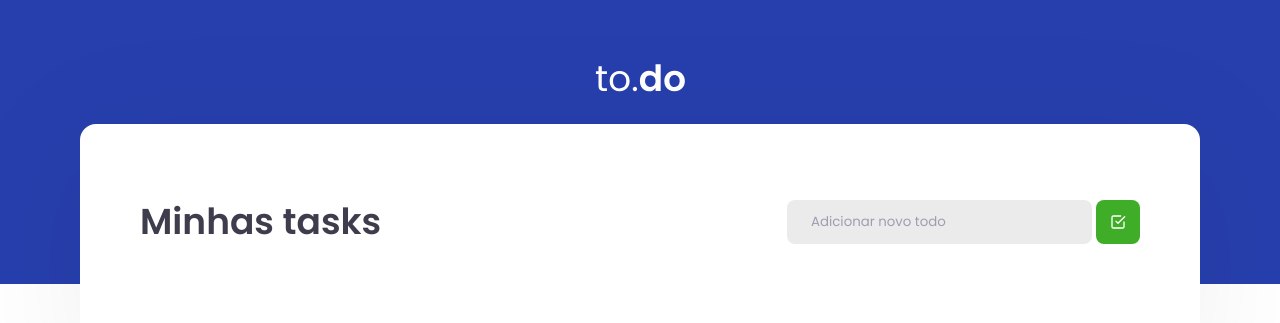
Repository: viniciusfg05/Desafio-01
Page: /
An editor plug-in stored every save of this project. The page is shown before and after the next save, followed by the edit.
The browser window is 1280 px wide. The pictures show the whole page.
The project was rebuilt for these pictures with package versions that can differ from the ones it lists, and the page was loaded fresh each time. Also part of the build but not shown: webpack.config.js.

Above is the page before, as saved 2022-04-04 09:05:07.

### src/components/TaskList.tsx
import { useState } from 'react'

import '../styles/tasklist.scss'

import { FiTrash, FiCheckSquare } from 'react-icons/fi'

interface Task {
  id: number;
  title: string;
  isComplete: boolean;
}

export function TaskList() {
  const [tasks, setTasks] = useState<Task[]>([]);
  const [newTaskTitle, setNewTaskTitle] = useState('');

  function handleCreateNewTask() {
    // Crie uma nova task com um id random, não permita criar caso o título seja vazio.
  }

  function handleToggleTaskCompletion(id: number) {
    // Altere entre `true` ou `false` o campo `isComplete` de uma task com dado ID
  }

  function handleRemoveTask(id: number) {
    // Remova uma task da listagem pelo ID
  }

  return (
    <section className="task-list container">
      <header>
        <h2>Minhas tasks</h2>

        <div className="input-group">
          <input
            type="text"
            placeholder="Adicionar novo todo"
            onChange={(e) => setNewTaskTitle(e.target.value)}
            value={newTaskTitle}
          />
          <button type="submit" data-testid="add-task-button" onClick={handleCreateNewTask}>
            <FiCheckSquare size={16} color="#fff"/>
          </button>
        </div>
      </header>

      <main>
        <ul>
          {tasks.map(task => (
            <li key={task.id}>
              <div className={task.isComplete ? 'completed' : ''} data-testid="task" >
                <label className="checkbox-container">
                  <input
                    type="checkbox"
                    readOnly
                    checked={task.isComplete}
                    onClick={() => handleToggleTaskCompletion(task.id)}
                  />
                  <span className="checkmark"></span>
                </label>
                <p>{task.title}</p>
              </div>

              <button type="button" data-testid="remove-task-button" onClick={() => handleRemoveTask(task.id)}>
                <FiTrash size={16}/>
              </button>
            </li>
          ))}

        </ul>
      </main>
    </section>
  )
}

### src/styles/tasklist.scss
section.task-list {
  background: var(--shapes);
  border-radius: 1rem;

  margin-top: -10rem;
  padding: 70px 60px;

  filter: drop-shadow(0px 24px 64px rgba(0, 0, 0, 0.06));

  header {
    display: flex;
    flex-direction: row;
    align-items: center;
    justify-content: space-between;

    h2 {
      color: var(--text-title);
      font-size: 2.25rem;
    }

    .input-group {
      display: flex;
      gap: 0.25rem;
      align-items: center;

      background: #fff;
      font-size: 16px;

      input {
        flex: 1;
        background: var(--background);
        border: 0;
        color: var(--text);
        padding: 12px 24px;

        border-radius: 8px;
        border: 0;

        &::placeholder {
          color: var(--text-light)
        }
      }

      button {
        font-weight: 600;
        border-radius: 8px;
        border: 0;
        background: var(--green);
        color: #fff;
        display: flex;
        flex-direction: row;
        align-items: center;

        padding: 14px;
        transition: filter 0.2s;

        &:hover {
          filter: brightness(0.95);
        }
      }
    }
  }

  main {
    margin-top: 3rem;

    ul {
      list-style: none;

      li {
        display: flex;
        justify-content: space-between;
        align-items: center;
        border-bottom: 1px solid #EBEBEB;
        padding: 1rem 0;

        div {
          display: flex;
          align-items: center;
          gap: 14px;
          outline: 0;

          p {
            font-size: 1rem;
            color: var(--text);
          }

          &.completed {
            p {
              text-decoration:line-through;
              opacity: 0.6;
            }
          }

          .checkbox-container {
            display: block;
            position: relative;
            padding-left: 14px;
            margin-bottom: 18px;

            input {
              position: absolute;
              opacity: 0;
              cursor: pointer;
              height: 0;
              width: 0;

              &:checked {
                & ~ .checkmark {
                  background-color: var(--blue);
                }

                & ~ .checkmark:after {
                  display: block;
                }
              }
            }

            .checkmark {
              position: absolute;
              top: 0;
              left: 0;
              width: 16px;
              height: 16px;
              background-color: var(--background);
              border-radius: 2px;

              &:after {
                content: "";
                position: absolute;
                display: none;
                left: 6px;
                top: 3px;
                width: 3px;
                height: 6px;
                border: solid white;
                border-width: 0 2px 2px 0;
                transform: rotate(45deg);
              }
            }
          }
        }

        button {
          background: transparent;
          border: 0;

          svg {
            color: var(--red);
          }

          &:hover {
            svg {
              filter: brightness(0.5)
            }
          }
        }
      }
    }
  }
}

Loaded but not shown: public/index.html (common file); src/index.tsx (common file); src/App.tsx (common file); src/components/Header.tsx (common file); src/styles/global.scss (common file); src/styles/header.scss (common file)

After the next save:
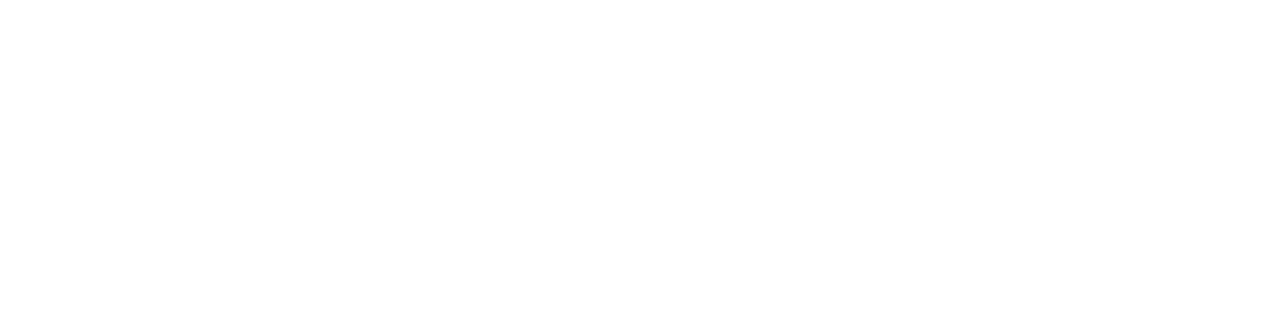
Console error: ReferenceError: tasck is not defined
Saved 12 min 37 s later.
--- a/src/components/TaskList.tsx
+++ b/src/components/TaskList.tsx
@@ -15,8 +15,16 @@
   const [newTaskTitle, setNewTaskTitle] = useState('');
 
   function handleCreateNewTask() {
-    // Crie uma nova task com um id random, não permita criar caso o título seja vazio.
+    if(!newTaskTitle) return; //se nao for vazio o input
+
+    const newTask = {
+      id: Math.random(),
+      title: newTaskTitle,
+      isComplete: false
+    }
   }
+
+  setTasks(tasks => tasck)
 
   function handleToggleTaskCompletion(id: number) {
     // Altere entre `true` ou `false` o campo `isComplete` de uma task com dado ID

After the 3 saves that followed:
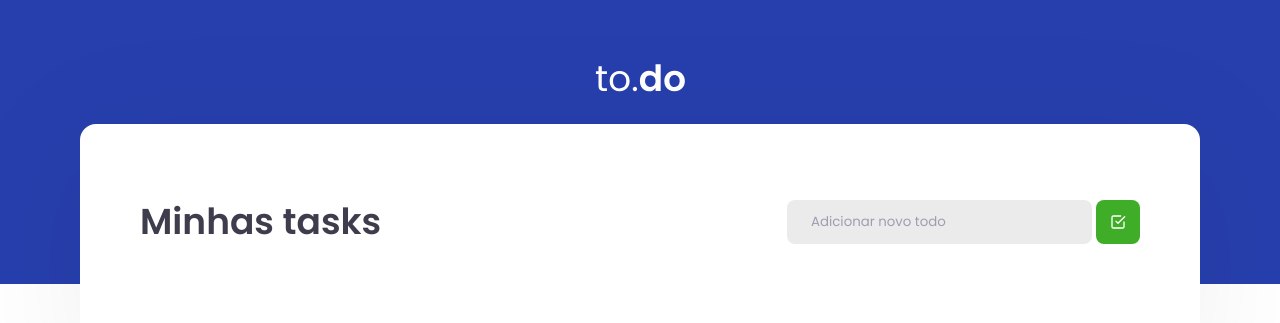
The error is gone.
The 3 saves are shown as one change because 2 left the picture as it was.
The last was saved 92 s later.
--- a/src/components/TaskList.tsx
+++ b/src/components/TaskList.tsx
@@ -22,9 +22,10 @@
       title: newTaskTitle,
       isComplete: false
     }
+
+    setTasks(result => [...result, newTask])
   }
 
-  setTasks(tasks => tasck)
 
   function handleToggleTaskCompletion(id: number) {
     // Altere entre `true` ou `false` o campo `isComplete` de uma task com dado ID
